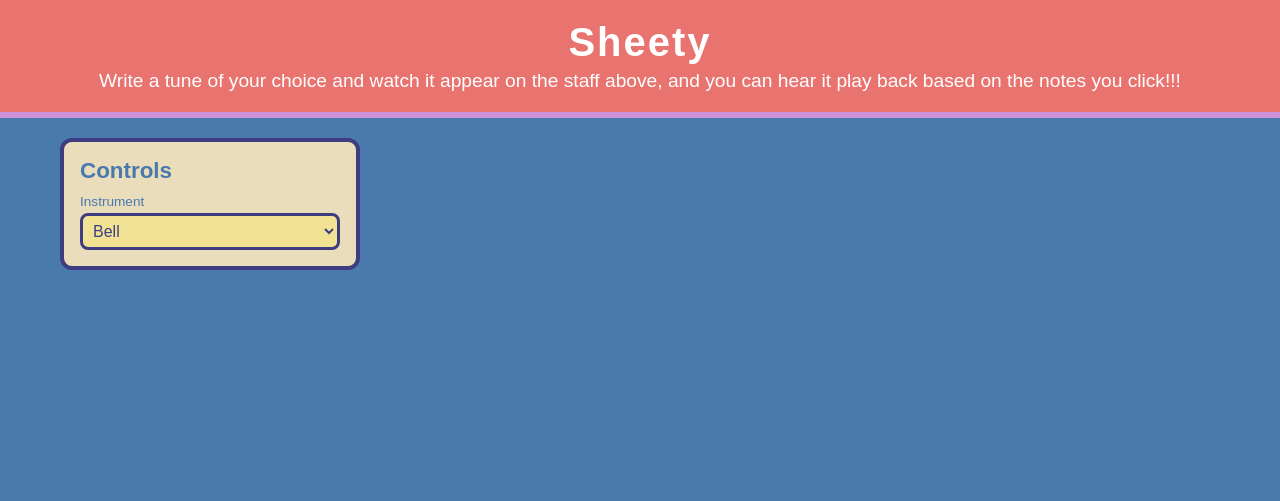
Repository: manayparikh1/sheety
Page: index.html
An editor plug-in stored every save of this project. The page is shown before and after the next save, followed by the edit.
The browser window is 1280 px wide. The pictures show the whole page.

Above is the page before, as saved 2026-08-23 00:11:11.

### index.html
<!DOCTYPE html>
<html lang="en">

<head>
    <meta charset="UTF-8">
    <title>Sheety</title>
    <style>
        * {
            margin: 0;
            padding: 0;
            box-sizing: border-box;
        }

        :root {
            --cream: #e9ddbb;
            --paper: #ffffff;
            --navy: #3d3d80;
            --red: #e8736f;
            --blue: #4979ad;
            --green: #8dc68b;
            --yellow: #f2e394;
            --orange: #f2ae72;
            --purple: #cd93dd;
            --grey: #a9a9a9;
            --black-key: #494646;
            --line-black: #222222;
        }

        html,
        body {
            background-color: var(--blue);
            font-family: "Comic Neue", "Architects Daughter", "Patrick Hand", "Chalkboard SE", cursive, sans-serif;
            color: var(--paper);
            min-height: 100%;
        }

        header {
            background: var(--red);
            color: var(--paper);
            padding: 19.5px;
            text-align: center;
            border-bottom: 6px solid var(--purple);
        }

        header h1 {
            font-size: 2.5rem;
            letter-spacing: 2px;
        }

        header p {
            margin-top: 5.7px;
            font-size: 1.2rem;
        }

        main {
            max-width: 1000px;
            margin: 0 auto;
            padding: 20px;
        }

        section {
            background: var(--cream);
            border: 4px solid var(--navy);
            border-radius: 12px;
            padding: 16px;
            margin-bottom: 20px;
        }

        section h2 {
            color: var(--blue);
            margin-bottom: 10px;
            font-size: 1.4rem;
        }

        .toolbar {
            display: flex;
            flex-wrap: wrap;
            gap: 14px;
            align-items: center;
        }

        .toolbar-group {
            display: flex;
            flex-direction: column;
            gap: 4px;
        }

        .toolbar-group label {
            font-size: 0.85rem;
            color: var(--grey);
        }

        select,
        input[type="range"] {
            font-family: inherit;
            font-size: 1rem;
            padding: 6px;
            border: 3px solid var(--navy);
            border-radius: 8px;
            background: var(--yellow);
            color: var(--navy);
        }

        button {
            font-family: inherit;
            padding: 10px 16px;
            border-radius: 10px;
            background: var(--yellow);
            font-size: 1rem;
            color: var(--navy);
            cursor: pointer;
            border: 3px solid var(--green);
        }

        button:hover {
            background: var(--orange);
            color: var(--green);
            transform: translateY(-2px);
            box-shadow: 0 4px 12px rgba(0, 0, 0, 0.15);
        }

        button:active {
            background: var(--red);
            color: var(--cream)
        }

        button.play-btn {
            background: var(--green);
            color: var(--cream);
        }

        button.play-btn:hover {
            background: var(--navy);
            transform: translateY(-2px);
            box-shadow: 0 4px 12px rgba(0, 0, 0, 0.15);
        }

        button.stop-btn {
            background: var(--red);
            color: var(--paper);
        }

        button.stop-btn:hover {
            background: var(--navy);
            transform: translateY(-2px);
            box-shadow: 0 4px 12px rgba(0, 0, 0, 0.15);
        }

        button.small {
            padding: 6px 10px;
            font-size: 0.85rem;
        }

        #staffWrap {
            overflow-x: auto;
            border: 3px dashed var(--grey);
            border-radius: 8px;
            padding: 10px;
            background: var(--paper);
        }

        svg#staffSvg {
            background: var(--cream);
            display: block;
        }

        .staff-line {
            stroke: var(--line-black);
            stroke-width: 2;
        }

        .bar-line {
            stroke: var(--grey);
            stroke-width: 2;
        }

        .note-head {
            fill: var(--navy);
            stroke: var(--navy);
            stroke-width: 1;
        }

        .note-head.playing {
            fill: var(--red);
            stroke: var(--red);
        }

        .note-stem {
            stroke: var(--navy);
            stroke-width: 2;
        }

        .rest-mark {
            fill: var(--grey);
        }

        .ledger-line {
            stroke: var(--line-black);
            stroke-width: 2;
        }

        .note-label {
            font-size: 10px;
            fill: var(--blue);
            font-family: "Comic Sans MS", cursive, sans-serif;
        }

        .clef-text {
            font-size: 40px;
            fill: var(--navy);
        }

        #piano {
            display: flex;
            justify-content: center;
            padding: 20px 0;
            gap: 2px;
        }

        .white-key {
            width: 44px;
            height: 150px;
            background: var(--paper);
            border: 3px solid var(--purple);
            border-radius: 0 0 8px 8px;
            cursor: pointer;
            display: flex;
            flex-direction: column;
            align-items: center;
            justify-content: flex-end;
            padding-bottom: 8px;
            font-size: 0.75rem;
            color: var(--grey);
            user-select: none;
        }

        .white-key .pitch-label {
            font-size: 0.75rem;
            color: var(--grey);
        }

        .white-key .key-hint {
            margin-top: 4px;
            width: 22px;
            height: 22px;
            line-height: 22px;
            text-align: center;
            border: 2px solid var(--navy);
            border-radius: 6px;
            background: var(--cream);
            color: var(--navy);
            font-size: 0.75rem;
            font-weight: bold;
        }

        .white-key.pressed .key-hint {
            background: var(--green);
            color: var(--cream);
        }

        #keyboardHint {
            margin-top: 4px;
            font-size: 0.85rem;
            color: var(--grey);
            text-align: center
        }

        .white-key:hover {
            background: var(--yellow);
            transform: translateY(-2px);
            box-shadow: 0 4px 12px rgba(0, 0, 0, 0.15);
        }

        .white-key:active,
        .white-key.pressed {
            background: var(--orange);
            color: var(--cream);
        }

        footer {
            text-align: center;
            padding: 20px;
            color: var(--grey);
            font-size: 0.85rem;
        }

        #statusMsg {
            margin-top: 10px;
            font-size: 0.9rem;
            color: var(--green);
            min-height: 20px;
        }

        main {
            max-width: 1200px;
            display: grid;
            grid-template-columns: 300px 1fr;
            gap: 20px;
            align-items: start;
        }

        .controls {
            position: sticky;
            top: 20px;
        }

        @media (max-width: 900px) {
            main {
                grid-template-columns: 1fr;
            }

            .controls {
                position: static;
            }
        }

        .grid2 {
            display: grid;
            gap: 10px;
        }

        .grid2 label {
            display: flex;
            flex-direction: column;
            gap: 4px;
            font-size: 0.85rem;
            color: var(--blue);
        }

        .grid2 label.check {
            flex-direction: row;
            align-items: center;
            gap: 8px;
        }

        .grid2 select,
        .grid2 input[type=range] {
            width: 100%;
        }

        .btns {
            display: flex;
            flex-wrap: wrap;
            gap: 8px;
            margin-top: 14px;
        }

        .btns button {
            flex: 1 1 auto;
        }

        .hollow {
            fill: var(--paper);
            stroke-width: 2.5;
        }

        .playing {
            fill: var(--red) !important;
            stroke: var(--red);
        }

        .note-head,
        .rest-mark {
            cursor: pointer;
        }
    </style>
</head>

<body>
    <header>
        <h1>Sheety</h1>
        <p>Write a tune of your choice and watch it appear on the staff above, and you can hear it play back based on
            the notes you click!!!</p>
    </header>
    <main>
        <section class="controls">
            <h2>Controls</h2>
            <div class="grid2">
                <label>Instrument
                    <select id="wave">
                        <option value="sine">Bell</option>
                        <option value="triangle">Flute-ish</option>
                        <option value="square">Robot</option>
                        <option value="sawtooth">Buzzy</option>
                    </select>
                </label>
            </div>
        </section>
    </main>

After the next save:
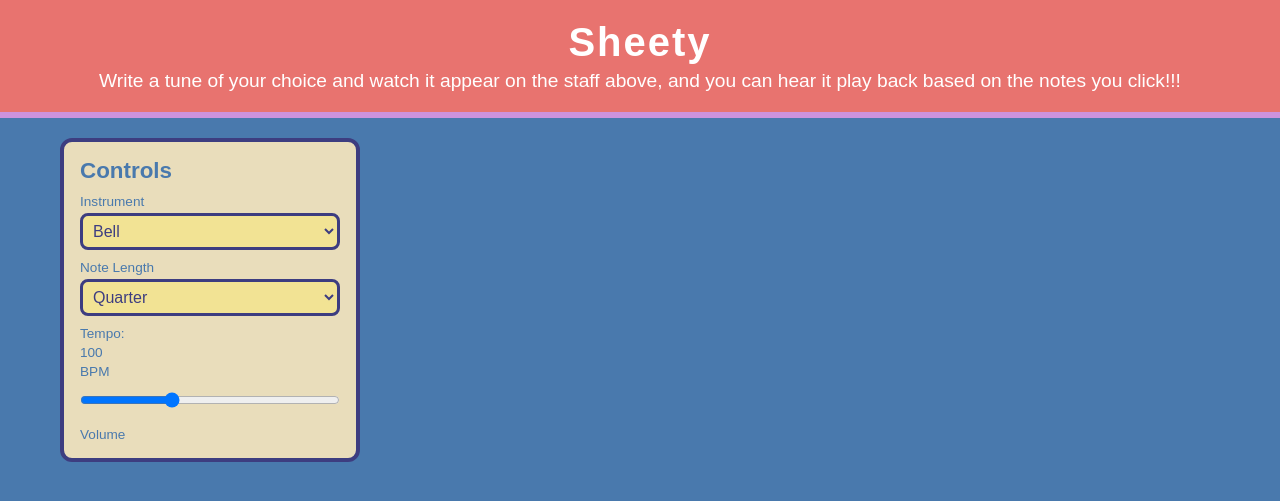
Saved 3 min 22 s later.
--- a/index.html
+++ b/index.html
@@ -384,6 +384,20 @@
                         <option value="sawtooth">Buzzy</option>
                     </select>
                 </label>
+                <label>Note Length
+                    <select id="dur">
+                        <option value="w">Whole</option>
+                        <option value="h">Half</option>
+                        <option value="q" selected>Quarter</option>
+                        <option value="e">Eigth</option>
+                    </select>
+                </label>
+                <label>Tempo: <span id="bpmOut">100</span> BPM
+                    <input type="range" id="bpm" min="40" max="220" value="100">
+                </label>
+                <label>Volume
+
+                </label>
             </div>
         </section>
     </main>
